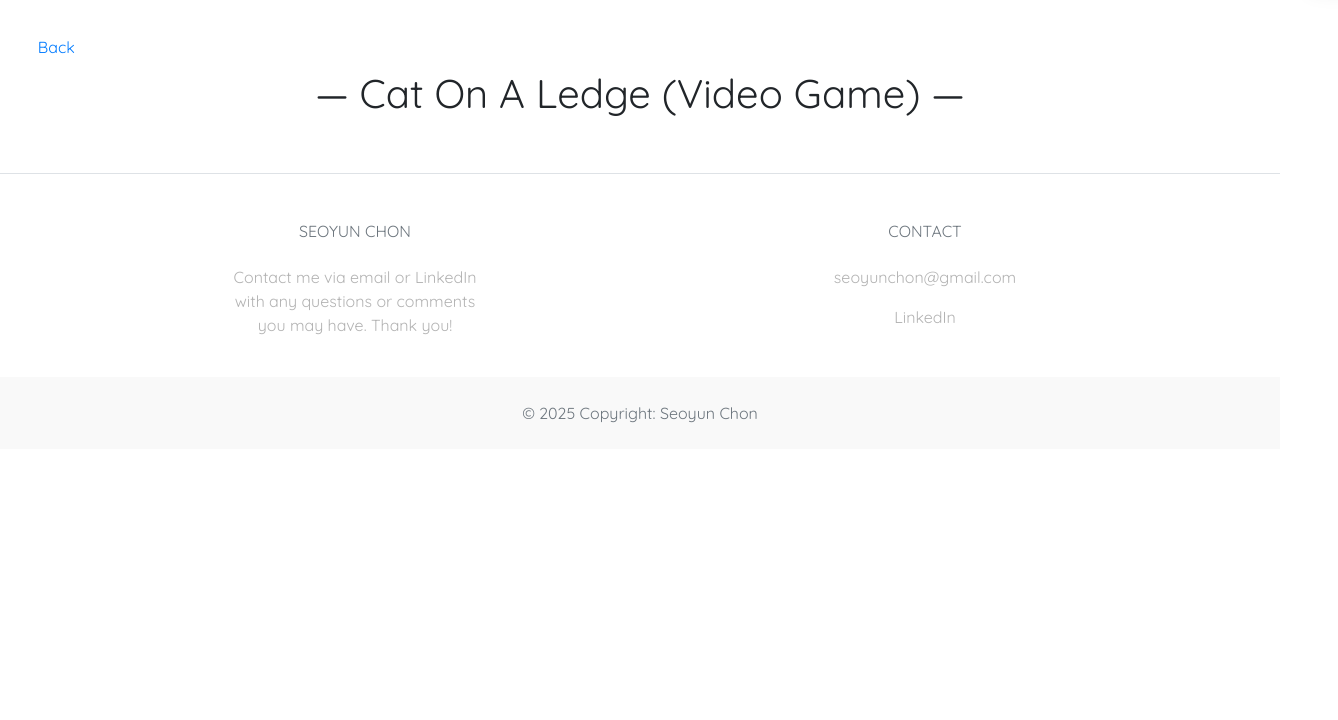
Repository: schon02/seoyun-chon-portfolio
Page: projects_catonaledge_page.html
These files come from the project's save history. The page is drawn as it stood at one moment and after the next save; the edit follows.
The browser window is 1280 px wide. The page is 1338 px wide, so the pictures cover 1338 px, including what lies to the right of the window. The pictures show the part of the page from y = 720 to 1440 px (the page is 1440 px tall).

Above is the page before, as saved 2025-01-31 16:50:46.

After the next save:
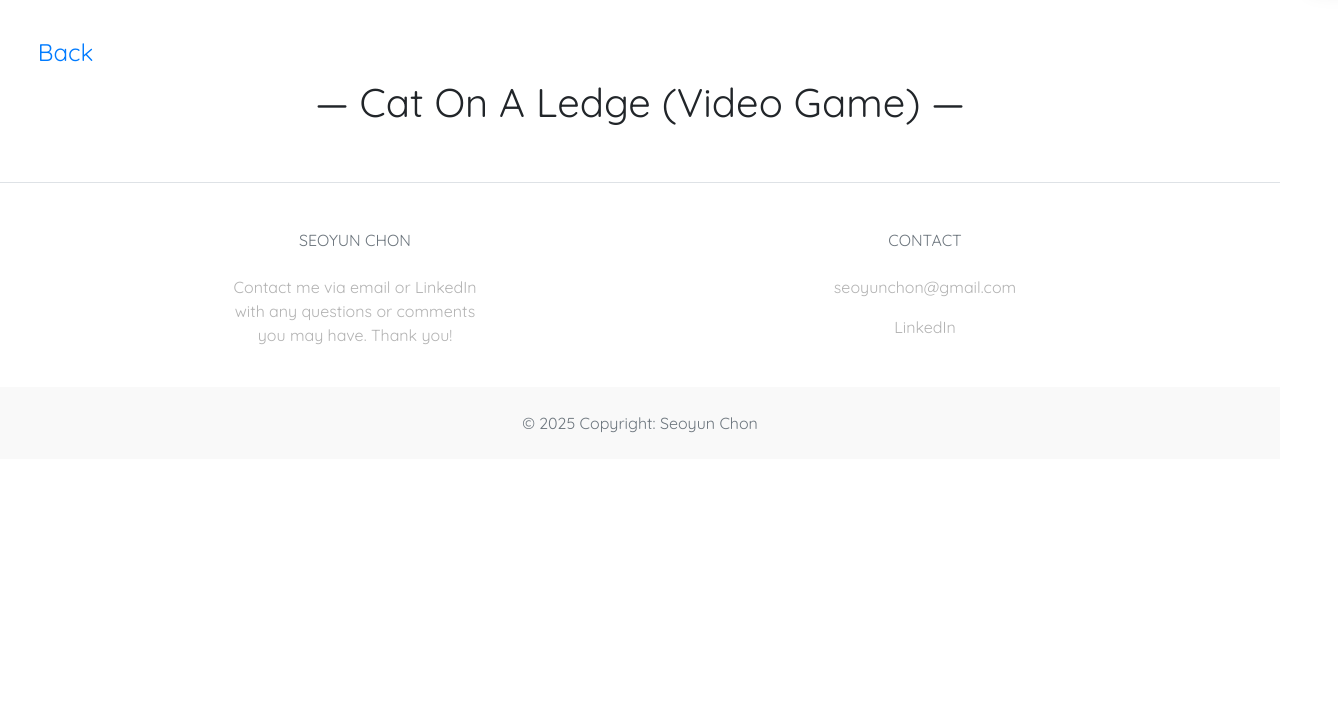
Saved 23 s later.
--- a/projects_catonaledge_page.html
+++ b/projects_catonaledge_page.html
@@ -120,7 +120,7 @@
 
           <div style="padding-top: 1cm; padding-left: 1cm;">
             <a href="projects_page.html">
-              <h6>Back</h6>
+              <h4>Back</h4>
             </a>
           </div>
 
